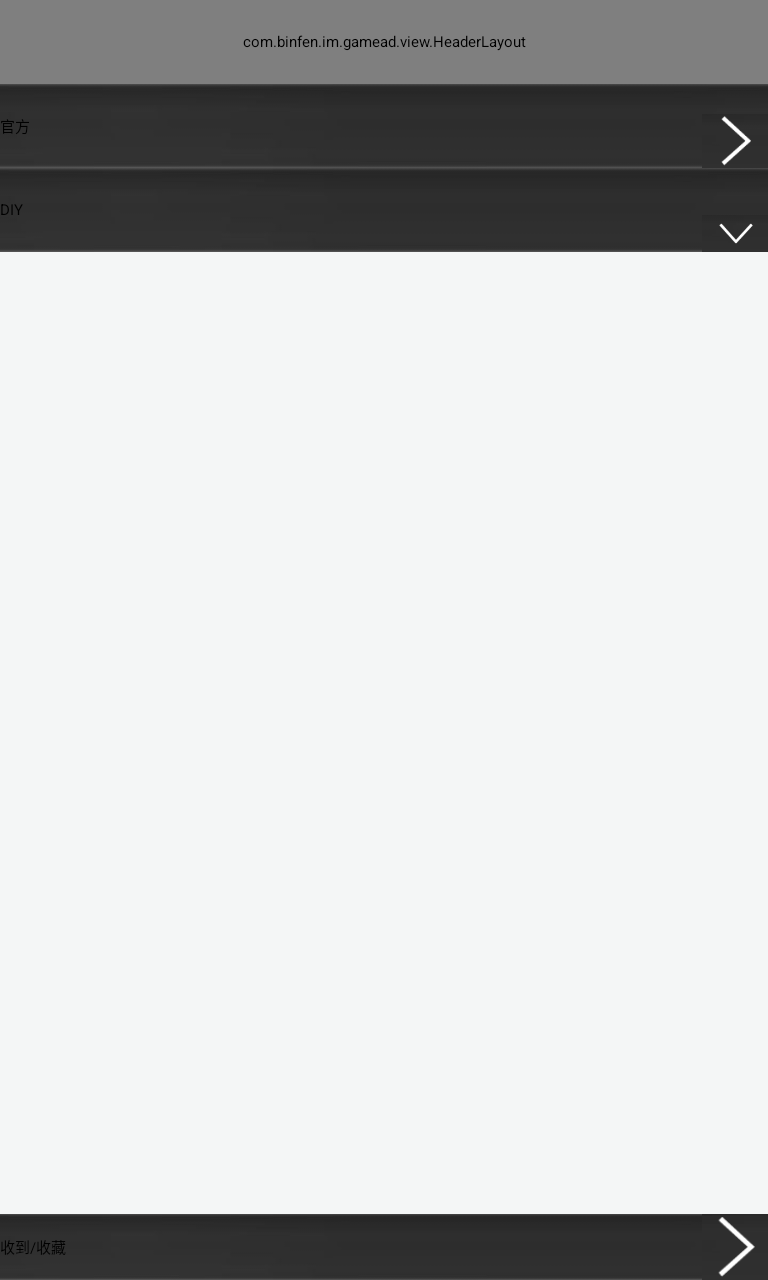
Repository: hosle/gad2
Layout: gamead_IM2/res/layout/xxh_gamelayout2.xml
These files come from the project's save history. The layout is drawn as it stood at one moment and after the next save; the edit follows.
Pictures or frames that could not be fetched are drawn as grey boxes. It is drawn on a 768 x 1280 px phone screen (xhdpi) without system bars, with theme AppTheme; the app's code is not run. Lists and similar views that code fills are empty. The app's manifest (not shown) leaves right-to-left support off. So textAlignment, textDirection and layoutDirection are ignored, and left and right values win over start and end ones.

Above is the layout before, as saved 2015-06-26 06:55:15.

### gamead_IM2/res/layout/xxh_gamelayout2.xml
<?xml version="1.0" encoding="utf-8"?>
<RelativeLayout xmlns:android="http://schemas.android.com/apk/res/android"
    android:layout_width="match_parent"
    android:layout_height="match_parent"
    android:background="@color/base_bg"
    >

    <include
        android:id="@+id/common_actionbar"
        layout="@layout/include_action_bar"
        android:layout_width="match_parent"
        android:layout_height="42dp"
        android:layout_alignParentTop="true" />

    <LinearLayout
        android:layout_width="match_parent"
        android:layout_height="84dp"
        android:layout_below="@+id/common_actionbar"
        android:orientation="vertical" >

        <RelativeLayout
            android:layout_width="match_parent"
            android:layout_height="42dp"
            android:background="@drawable/xxh_game_dir" >
            <TextView
                android:id="@+id/official_game"
                android:layout_width="wrap_content"
                android:layout_height="wrap_content"
                android:layout_alignParentLeft="true"
                android:layout_alignParentStart="true"
                android:layout_centerVertical="true"
                android:text="官方"
                android:textAppearance="?android:attr/textAppearanceLarge" />

            <ImageButton
                android:id="@+id/xxh_imagebnt1"
                android:layout_width="wrap_content"
                android:layout_height="wrap_content"
                android:layout_alignParentRight="true"
                android:layout_alignParentEnd="true"

                android:layout_alignTop="@+id/official_game"
                android:background="@drawable/xxh_game_bkimgbnt"
                android:src="@drawable/xxh_game_ar" />

        </RelativeLayout>

        <RelativeLayout
            android:layout_width="match_parent"
            android:layout_height="42dp"
            android:background="@drawable/xxh_game_dir" >

            <TextView
                android:id="@+id/receive_game"
                android:layout_width="wrap_content"
                android:layout_height="wrap_content"
                android:layout_alignParentLeft="true"
                android:layout_alignParentStart="true"
                android:layout_centerVertical="true"
                android:text="DIY"
                android:textAppearance="?android:attr/textAppearanceLarge" />

            <ImageButton
                android:id="@+id/xxh_imagebnt2"
                android:layout_width="wrap_content"
                android:layout_height="wrap_content"
                android:layout_alignParentRight="true"
                android:layout_alignParentEnd="true"
                android:layout_alignBaseline="@+id/receive_game"
                android:background="@drawable/xxh_game_bkimgbnt"
                android:src="@drawable/xxh_game_ad" />

        </RelativeLayout>
          <ListView
        android:id="@+id/listgame"
        android:layout_width="match_parent"
        android:layout_height="350dp"

        ></ListView>

    </LinearLayout>

   <!--  <com.binfen.im.gamead.view.ClearEditText
        android:id="@+id/et_msg_search"
        android:layout_width="fill_parent"
        android:layout_height="@dimen/base_action_bar_height"
        android:layout_margin="10dp"
        android:background="@drawable/base_edit_input"
        android:drawableLeft="@drawable/icon_msg_search"
        android:drawablePadding="10dp"
        android:hint="@string/message_search_hint"
        android:paddingLeft="10dp"
        android:paddingRight="10dp"
        android:singleLine="true"
        android:visibility="gone" /> -->

   <!--  <GridView
        android:id="@+id/gridgame"
        android:layout_width="match_parent"
        android:layout_height="286dp"
        android:layout_weight="0.50"
        android:columnWidth="90dp"
        android:gravity="center"
        android:horizontalSpacing="5dp"
        android:numColumns="auto_fit"
        android:stretchMode="columnWidth"
        android:verticalSpacing="5dp" >
    </GridView> -->

    <LinearLayout
        android:layout_width="match_parent"
        android:layout_height="33dp"
        android:layout_alignParentBottom="true"
        android:orientation="vertical" >

        <RelativeLayout
            android:layout_width="match_parent"
            android:layout_height="match_parent"
            android:background="@drawable/xxh_game_dir" >

            <TextView
                android:id="@+id/save_game"
                android:layout_width="wrap_content"
                android:layout_height="wrap_content"
                android:layout_alignParentLeft="true"
                android:layout_centerVertical="true"
                android:text="收到/收藏"
                android:textAppearance="?android:attr/textAppearanceLarge" />

            <ImageButton
                android:id="@+id/xxh_imagebnt3"
                android:layout_width="wrap_content"
                android:layout_height="wrap_content"
                android:layout_alignParentRight="true"
                android:layout_alignParentTop="true"
                android:layout_alignTop="@+id/save_game"
                android:background="@drawable/xxh_game_bkimgbnt"
                android:src="@drawable/xxh_game_ar" />
        </RelativeLayout>
    </LinearLayout>

</RelativeLayout>

### gamead_IM2/res/values/colors.xml
<?xml version="1.0" encoding="utf-8"?>
<resources>

    <color name="base_actionbar_bg">#f5f5f5</color>
    <color name="base_action_bar_title_color">#2f2725</color>
    <color name="base_tab_indicator_text_color">#f82c22</color>
    <color name="base_menu_left_bg">#393c44</color>
    <color name="pull_refresh_textview">#000000</color>
    <color name="base_color_text_black">#3e3e39</color>
    <color name="base_color_text_gray">#9fa0a0</color>
    <color name="base_color_text_white">#ffffff</color>
    <color name="home_item_color_bg">#f4f6f6</color>
    <color name="base_bg">#f4f6f6</color>
    <!-- zxing -->
    <color name="color_half_transparent">#b0000000</color>
    <color name="color_transparent_bg">#80000000</color>
    <color name="color_transparent_bg1">#e0000000</color>
    <!-- emot -->
    <color name="msg_emote_divider">#ffa1a1a1</color>
    <color name="color_bottom_bg">#272a2e</color>
    <color name="color_bottom_text_normal">#9da0a4</color>
    <color name="color_bottom_text_press">#4f9ef6</color>
    <color name="text_gray">#969696</color>
    <color name="transparent">#00000000</color>
    <color name="msg_chat_bg">#eceff4</color>

    <color name="theme_bg_color">#f0f2f5</color>
    <color name="color_theme">#489cfa</color>
    <color name="c_f98800">#ed4e23</color>

    <color name="dialog_color_title">#f82c22</color>
    <color name="guide_color">#898989</color>

    <color name="common_bg">#fcfcfc</color>

</resources>

### gamead_IM2/res/layout/include_action_bar.xml
<?xml version="1.0" encoding="utf-8"?>
<com.binfen.im.gamead.view.HeaderLayout
    xmlns:android="http://schemas.android.com/apk/res/android"
    android:layout_width="match_parent"
    android:layout_height="@dimen/base_action_bar_height" >

</com.binfen.im.gamead.view.HeaderLayout>

### gamead_IM2/res/values/dimens.xml
<resources>

    <!-- Default screen margins, per the Android Design guidelines. -->
    <dimen name="activity_horizontal_margin">16dp</dimen>
    <dimen name="activity_vertical_margin">16dp</dimen>
    <dimen name="text_size_small">14sp</dimen>
    <dimen name="text_size_medium">16sp</dimen>
    <dimen name="text_size_large">18sp</dimen>
    <dimen name="base_action_bar_height">48.0dip</dimen>
    <dimen name="base_action_bar_title_size">22.0sp</dimen>
    <dimen name="register_margin">10.0dp</dimen>
    <dimen name="base_scrollview_top_height">50.0dip</dimen>
    <dimen name="tab_padding_top_bottom">15dp</dimen>
    <dimen name="tab_padding_left_right">40dp</dimen>
    <dimen name="tab_height">48dp</dimen>
    <dimen name="base_line_width_1">1dip</dimen>
    <dimen name="base_line_width_2">2dip</dimen>
    <dimen name="base_line_width">0.5dip</dimen>

    <dimen name="time_line_line_left_margin">24dip</dimen>
    <dimen name="time_line_line_width">2.0dip</dimen>
    <dimen name="time_line_content_left_margin">52.0dip</dimen>
    <dimen name="time_line_content_right_margin">7.0dip</dimen>

    <dimen name="score_item_height">100.0dip</dimen>
     <dimen name="message_top_height">70.0dip</dimen>

     <dimen name="margin_chat_top">5.0dip</dimen>
</resources>

### gamead_IM2/res/values/strings.xml
<?xml version="1.0" encoding="utf-8"?>
<resources>

    <string name="app_name">缤分</string>
    <string name="action_settings">Settings</string>
    <string name="hello_world">Hello world!</string>
    <string name="login_username_hint">请输入用户名&#8230;</string>
    <string name="login_password_hint">请输入密码&#8230;</string>
    <string name="login_email_hint">请在此输入密码&#8230;</string>
    <string name="login">登录</string>
    <string name="register">注册</string>
    <string name="register_txt1">还没有账号？</string>
    <string name="register_txt2">立即注册 ></string>
    <string name="login_account">账号 </string>
    <string name="login_pwd">密码 </string>
    <string name="login_email">确认密码 </string>
    <string name="message_search_hint">搜索&#8230;</string>
    <string name="main_tab_recent">会话</string>
    <string name="main_tab_contact">联系人</string>
    <string name="mian_tab_set">设置</string>
    <string name="main_tab_game">游戏</string>
    <string name="xlistview_header_hint_normal">下拉刷新</string>
    <string name="xlistview_header_hint_ready">松开刷新数据</string>
    <string name="xlistview_header_hint_loading">正在加载&#8230;</string>
    <string name="xlistview_header_last_time">上次更新时间：</string>
    <string name="xlistview_footer_hint_normal">查看更多</string>
    <string name="xlistview_footer_hint_ready">松开载入更多</string>
    <string name="add_avator">头像</string>
    <string name="add_nick">昵称</string>
    <string name="add_name">账号</string>
    <string name="add_name_hint">请输入昵称&#8230;</string>
    <string name="add_gender">性别</string>
    <string name="set_notify">接收新消息通知</string>
    <string name="set_myinfo">个人资料</string>
    <string name="set_blacklist">黑名单</string>
    <string name="set_voice">声音</string>
    <string name="set_vibrate">震动</string>
    <string name="tips">提示</string>
    <string name="logout">退出登陆</string>
    <string name="pop_photo">拍照</string>
    <string name="pop_choose">从手机相册选中</string>
    <string name="network_tips">当前网络不可用,请检查您的网络!</string>
    <string name="toast_error_password_null">密码不能为空</string>
    <string name="toast_error_username_null">用户名不能为空</string>
    <string name="toast_error_comfirm_password">输入的两次密码不一致</string>
    <string name="blacklist">黑名单</string>
    <string name="chat">发起会话</string>
    <string name="add_friend">添加好友</string>
    <string name="send_state">已读</string>
    <string name="longclick_speak">长按说话</string>
    <string name="picture">照片</string>
    <string name="camera">拍摄</string>
    <string name="location">位置</string>
    <string name="xxh_game">游戏</string>
    <string name="black_tips">已添加至黑名单，你将不再收到对方的消息!</string>
    <string name="username">用户名</string>
    <string name="search">搜索</string>
    <string name="new_friends">新朋友</string>
    <string name="near_people">附近的人</string>
    <string name="voice_up_tips">手指上滑,取消发送</string>
    <string name="voice_cancel_tips">松开手指，取消发送</string>
    <string name="voice_seconds_tips">还可以说%1$s秒</string>
    <string name="voice_short_tips">录音时间太短</string>
    <string name="show_notice">\t\t\t\t\t自V1.0.6版本开始，应用源码中将不再公开ApplicationId,开发者请自行到官网申请。\n\t\t\t\t\t申请成功之后在应用程序启动页(SplashActivity)进行初始化操作!</string>
    <string name="title_activity_select_game_to_send">SelectGameToSendActivity</string>
    <string name="title_activity_maintest">MainActivity</string>
    <string name="title_activity_select_game_to_send2">SelectGameToSend2Activity</string>

    <string name="hintgamecode">直接输入游戏码</string>
    <string name="btngamecode">进入游戏</string>

</resources>

After the next save:
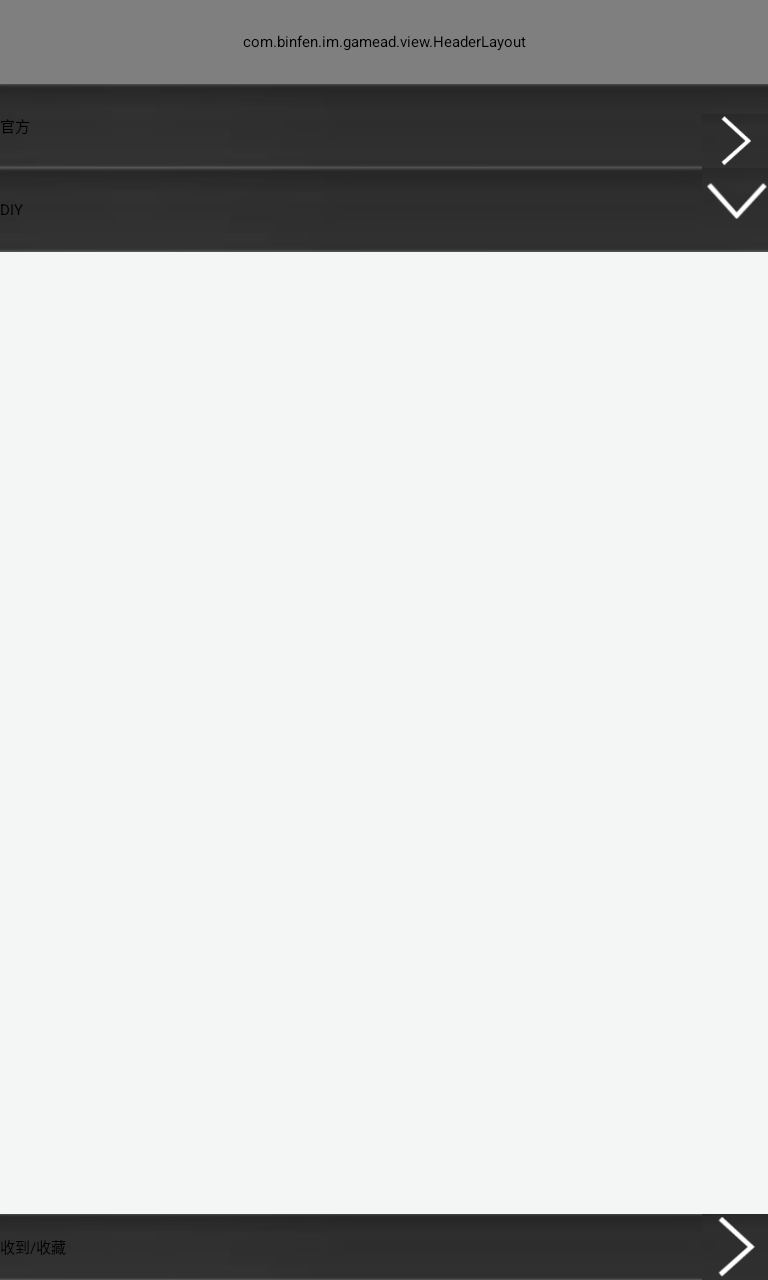
Saved 24 s later.
--- a/gamead_IM2/res/layout/xxh_gamelayout2.xml
+++ b/gamead_IM2/res/layout/xxh_gamelayout2.xml
@@ -66,7 +66,7 @@
                 android:layout_height="wrap_content"
                 android:layout_alignParentRight="true"
                 android:layout_alignParentEnd="true"
-                android:layout_alignBaseline="@+id/receive_game"
+                android:layout_alignRight="@+id/receive_game"
                 android:background="@drawable/xxh_game_bkimgbnt"
                 android:src="@drawable/xxh_game_ad" />
 
